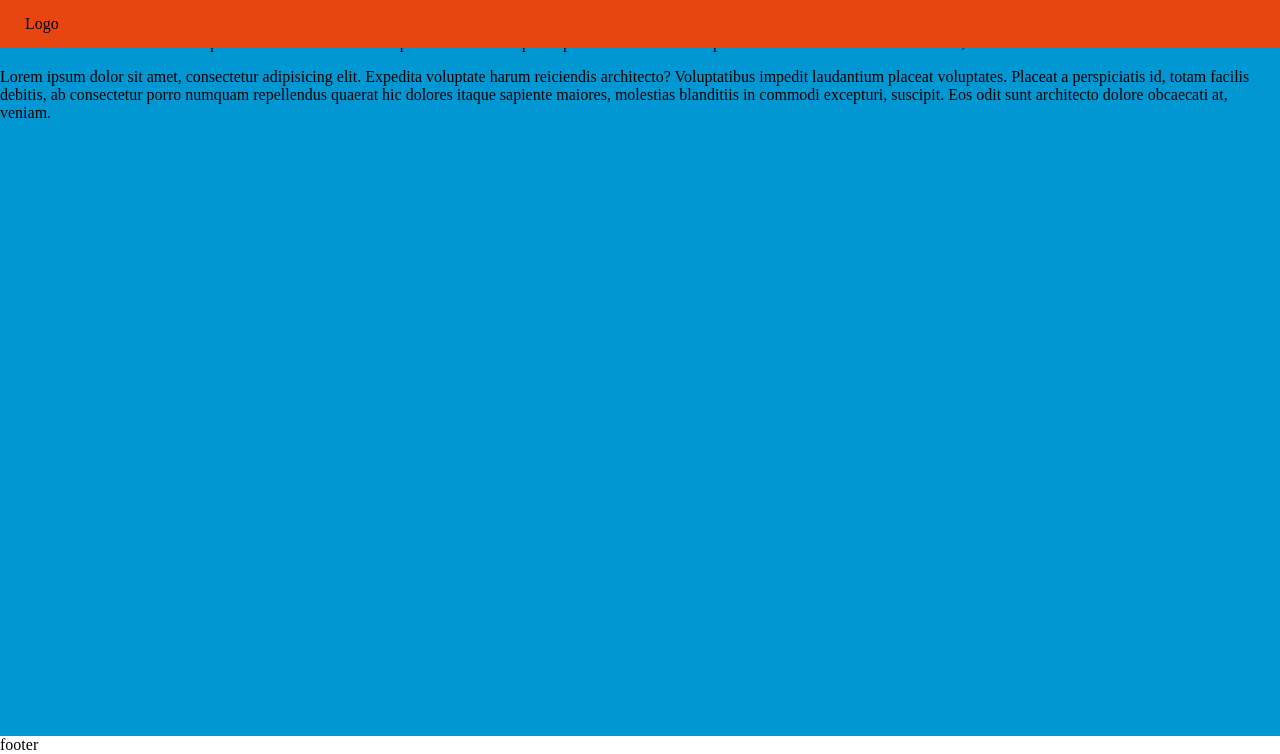
Repository: Matt-F90/mini-project
Page: index.html
The author's editor kept a record of every edit. The page is drawn from the files as they stood at one moment, then again after the next edit.
The browser window is 1280 px wide. The pictures show the whole page.

Above is the page before.

### index.html
<!DOCTYPE html>
<html lang="en">
<head>
    <meta charset="UTF-8">
    <meta name="viewport" content="width=device-width, initial-scale=1.0">
    <meta http-equiv="X-UA-Compatible" content="ie=edge">
    <link rel="stylesheet" type="text/css" href="main.css">
    <title>Document</title>
</head>
<body>
    <main class="main">
        <header class="header">
            <div class="logo">Logo</div>
        </header>


        <section class="section">
          <article class="article column column-60">
              <p class="section-paragraph">
                  Lorem ipsum dolor sit amet, consectetur adipisicing elit. Eius obcaecati assumenda omnis, sunt optio sequi vitae ad cumque atque dignissimos aspernatur illo vel animi amet, iusto dolores! Mollitia obcaecati recusandae reiciendis quidem laborum delectus voluptate distinctio ad ipsa et placeat earum vitae est pariatur eos nostrum deleniti commodi, accusantium nobis.
              </p>
          </article>
          <aside class="aside column column-40">
              <p class="section-paragraph">
                  Lorem ipsum dolor sit amet, consectetur adipisicing elit. Expedita voluptate harum reiciendis architecto? Voluptatibus impedit laudantium placeat voluptates. Placeat a perspiciatis id, totam facilis debitis, ab consectetur porro numquam repellendus quaerat hic dolores itaque sapiente maiores, molestias blanditiis in commodi excepturi, suscipit. Eos odit sunt architecto dolore obcaecati at, veniam.
              </p>
          </aside>
        </section>

        <footer class="footer">
            footer
        </footer>
          </main>
</body>
</html>

### main.css
body, html {
    height:100%;
    margin: 0;
}

.header {
    position: fixed;
    top: 0;
    left: 0;
    right: 0;
    background-color: #e84610;
    padding: 15px 25px;
}

.main {
    height:100%;
}

.section {
    background-color: #0097d3;
    height: 100%;

}

After the next edit:
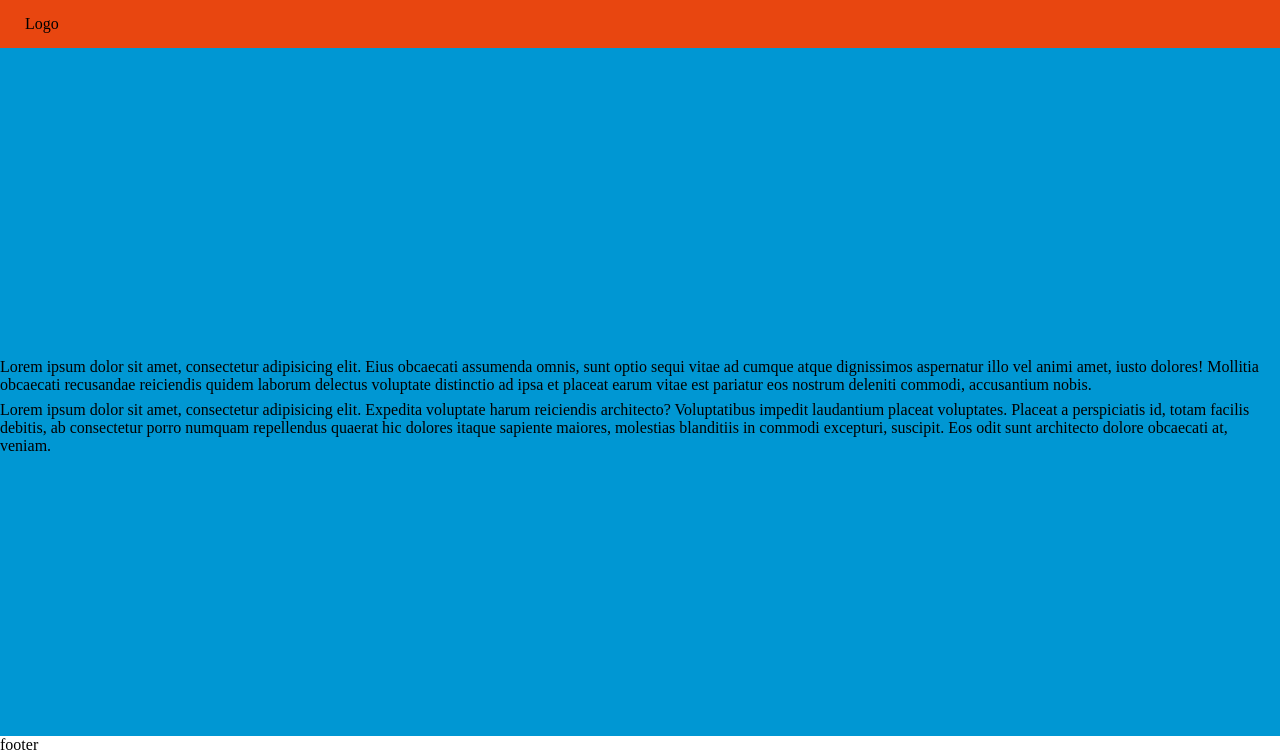
The edit:
--- a/main.css
+++ b/main.css
@@ -19,5 +19,13 @@
 .section {
     background-color: #0097d3;
     height: 100%;
+}
+.article, .aside {
+    position: relative;
+    top: 50%;
+    transform: translateY(-50%);
+}
 
+.section-paragraph {
+    font-size: 1em;
 }
